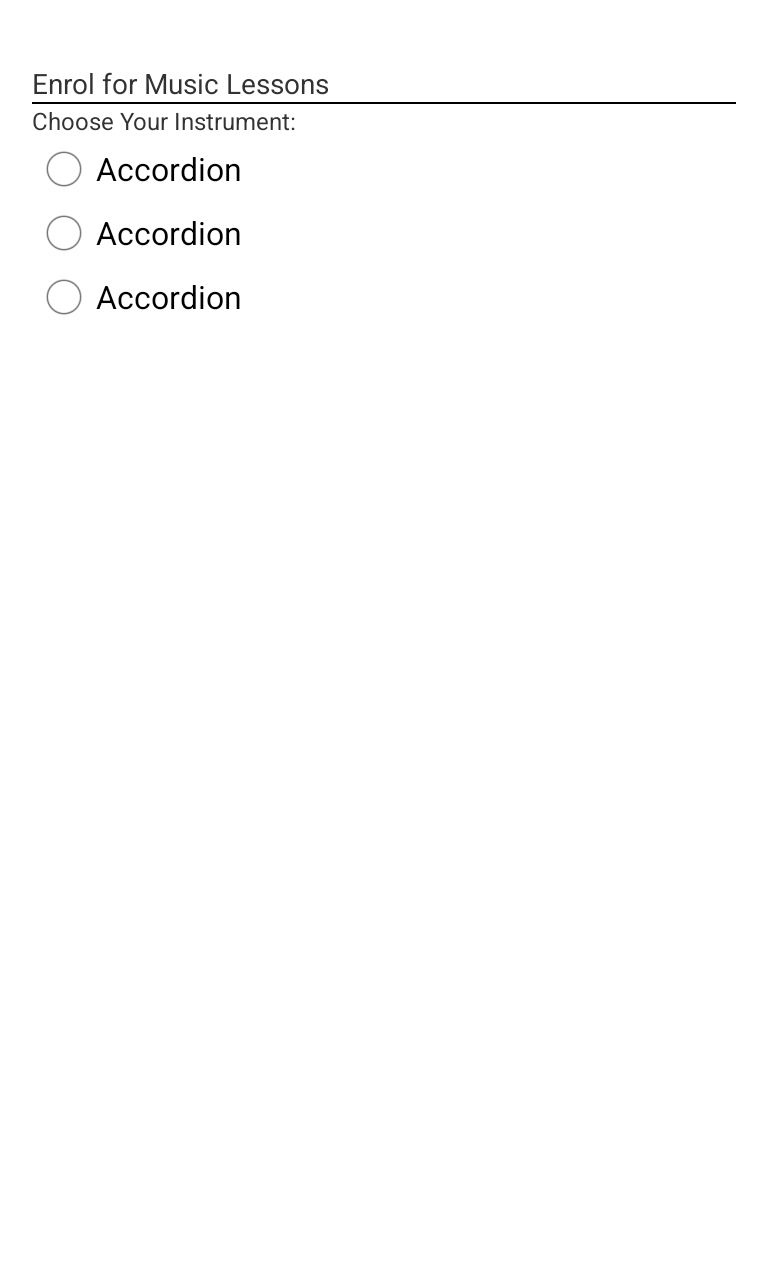
Repository: sam-stewart/in721
Layout: ComplexControls/res/layout/activity_main.xml
An editor plug-in stored every save of this project. The layout is shown before and after the next save, followed by the edit.
It is drawn on a 768 x 1280 px phone screen (xhdpi) without system bars, with theme AppTheme; the app's code is not run.

Above is the layout before, as saved 2015-03-04 08:49:35.

### ComplexControls/res/layout/activity_main.xml
<RelativeLayout xmlns:android="http://schemas.android.com/apk/res/android"
    xmlns:tools="http://schemas.android.com/tools"
    android:layout_width="match_parent"
    android:layout_height="match_parent"
    android:paddingBottom="@dimen/activity_vertical_margin"
    android:paddingLeft="@dimen/activity_horizontal_margin"
    android:paddingRight="@dimen/activity_horizontal_margin"
    android:paddingTop="@dimen/activity_vertical_margin"
    tools:context="bit.stewasc3.complexcontrols.MainActivity" >

    <TextView
        android:id="@+id/txtViewEnrol"
        android:layout_width="wrap_content"
        android:layout_height="wrap_content"
        android:layout_marginTop="16dp"
        android:text="Enrol for Music Lessons" />

    <View
        android:id="@+id/view1"
        android:layout_width="fill_parent"
        android:layout_height="1dp"
        android:layout_alignLeft="@+id/txtViewEnrol"
        android:layout_below="@+id/txtViewEnrol"
        android:background="#000000" />

    <TextView
        android:id="@+id/textView1"
        android:layout_width="wrap_content"
        android:layout_height="wrap_content"
        android:layout_below="@+id/view1"
        android:text="Choose Your Instrument:"
        android:textSize="12dp" />

    <RadioGroup
        android:layout_width="wrap_content"
        android:layout_height="wrap_content"
        android:layout_below="@+id/textView1"
        android:id="@+id/instrumentRadio" >

        <RadioButton
            android:layout_width="wrap_content"
            android:layout_height="wrap_content"
            android:id="@+id/radBttnAccordion"
            android:text="Accordion" />

        <RadioButton
            android:layout_width="wrap_content"
            android:layout_height="wrap_content"
            android:id="@+id/radBttnAccordion"
            android:text="Accordion" />

        <RadioButton
            android:layout_width="wrap_content"
            android:layout_height="wrap_content"
            android:id="@+id/radBttnAccordion"
            android:text="Accordion" />
    </RadioGroup>

</RelativeLayout>

Loaded but not shown: ComplexControls/res/values/styles.xml (common file); ComplexControls/res/values-v11/styles.xml (common file); ComplexControls/res/values-v14/styles.xml (common file); ComplexControls/res/values/dimens.xml (common file); ComplexControls/res/values-w820dp/dimens.xml (common file)

After the next save:
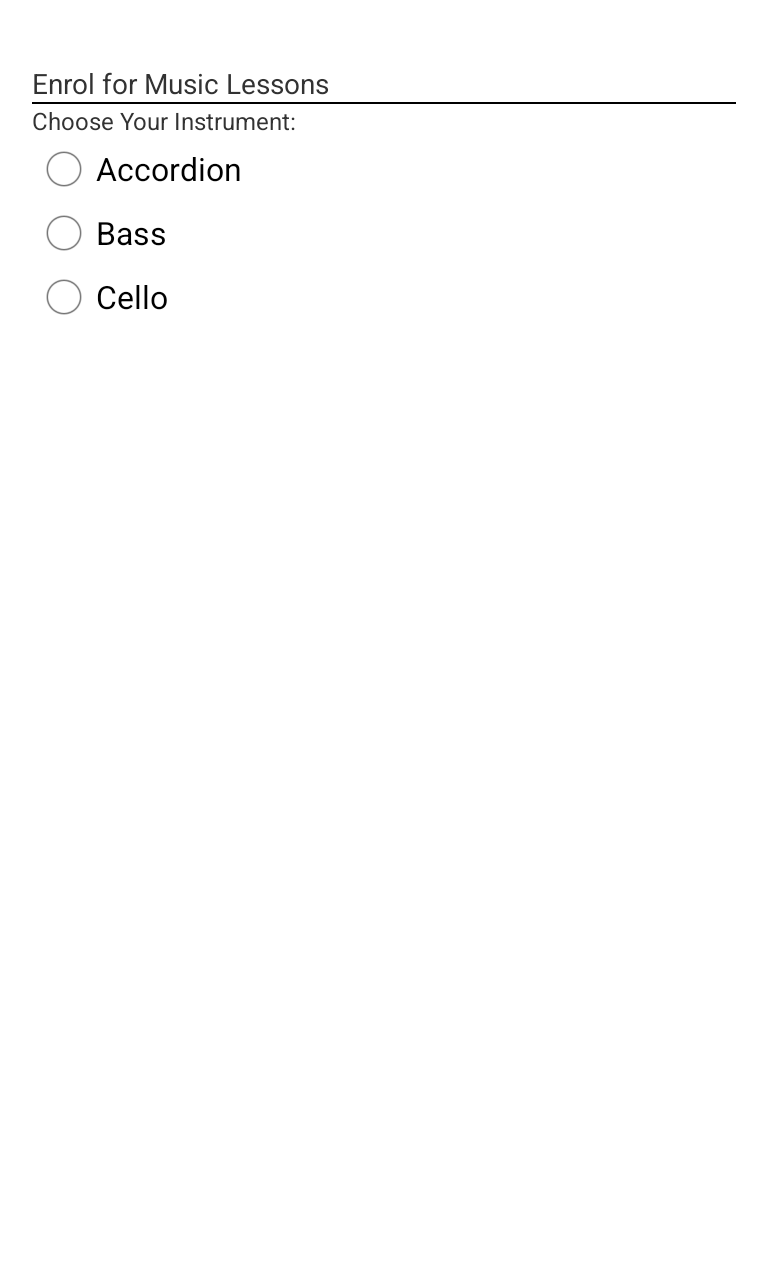
Saved 28 s later.
--- a/ComplexControls/res/layout/activity_main.xml
+++ b/ComplexControls/res/layout/activity_main.xml
@@ -46,14 +46,14 @@
         <RadioButton
             android:layout_width="wrap_content"
             android:layout_height="wrap_content"
-            android:id="@+id/radBttnAccordion"
-            android:text="Accordion" />
+            android:id="@+id/radBttnBass"
+            android:text="Bass" />
 
         <RadioButton
             android:layout_width="wrap_content"
             android:layout_height="wrap_content"
-            android:id="@+id/radBttnAccordion"
-            android:text="Accordion" />
+            android:id="@+id/radBttnCello"
+            android:text="Cello" />
     </RadioGroup>
 
 </RelativeLayout>
